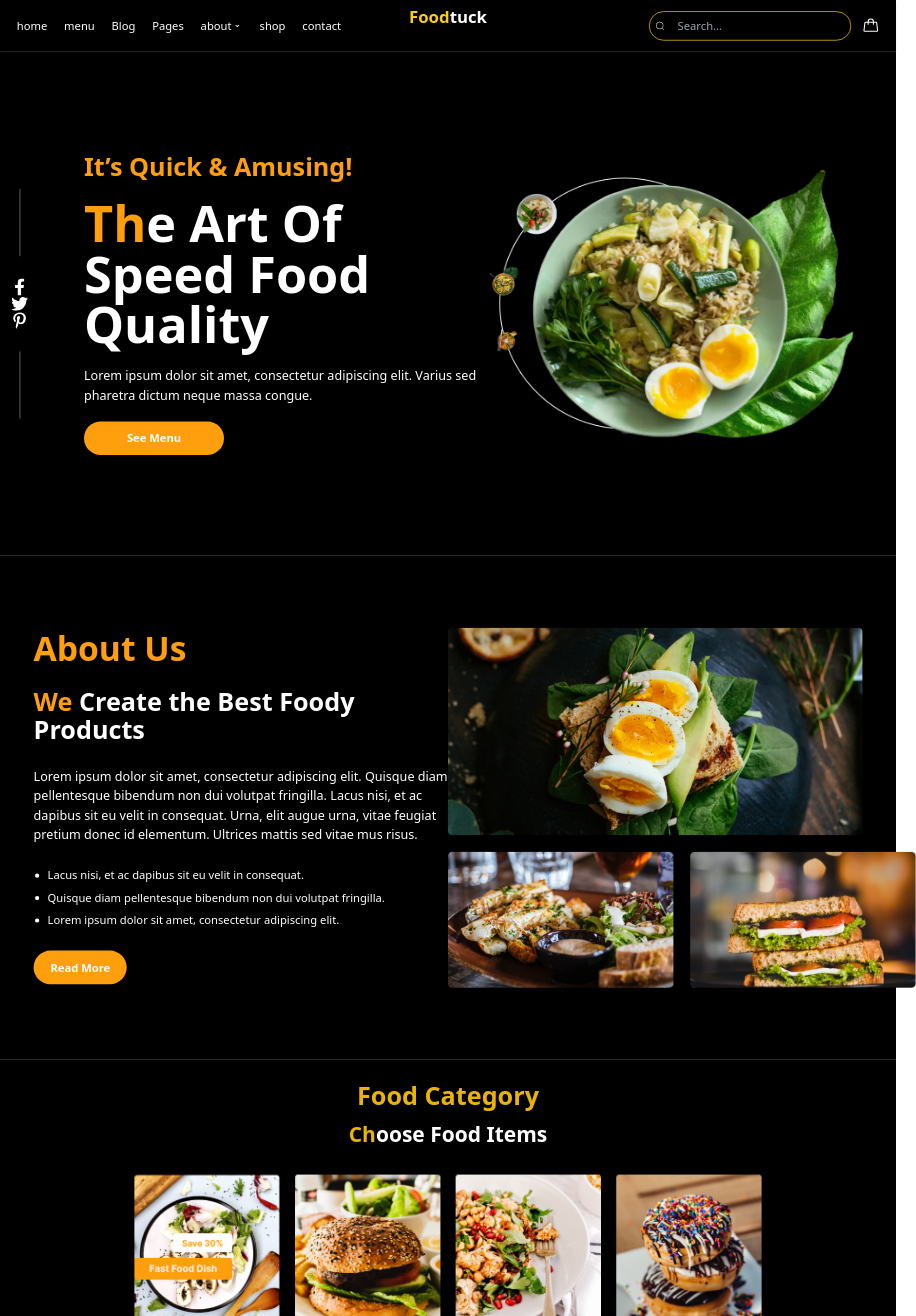
Repository: MahnoorShahzad2007/ASSIGNMENT-5-NODE.JS
Page: / (app in my-app/)
An editor plug-in stored every save of this project. The page is shown before and after the next save, followed by the edit.
The browser window is 1280 px wide. The page is 1308 px wide, so the pictures cover 1308 px, including what lies to the right of the window. The pictures show the part of the page from y = 0 to 1880 px (the page is 5494 px tall), at 70% of full size.
The project was rebuilt for these pictures with package versions that can differ from the ones it lists, and the page was loaded fresh each time. The framework's server and built-in components were replaced by stand-ins that run in the browser. Also part of the build but not shown: my-app/next.config.ts.

Above is the page before, as saved 2025-02-15 20:04:57.

After the next save:
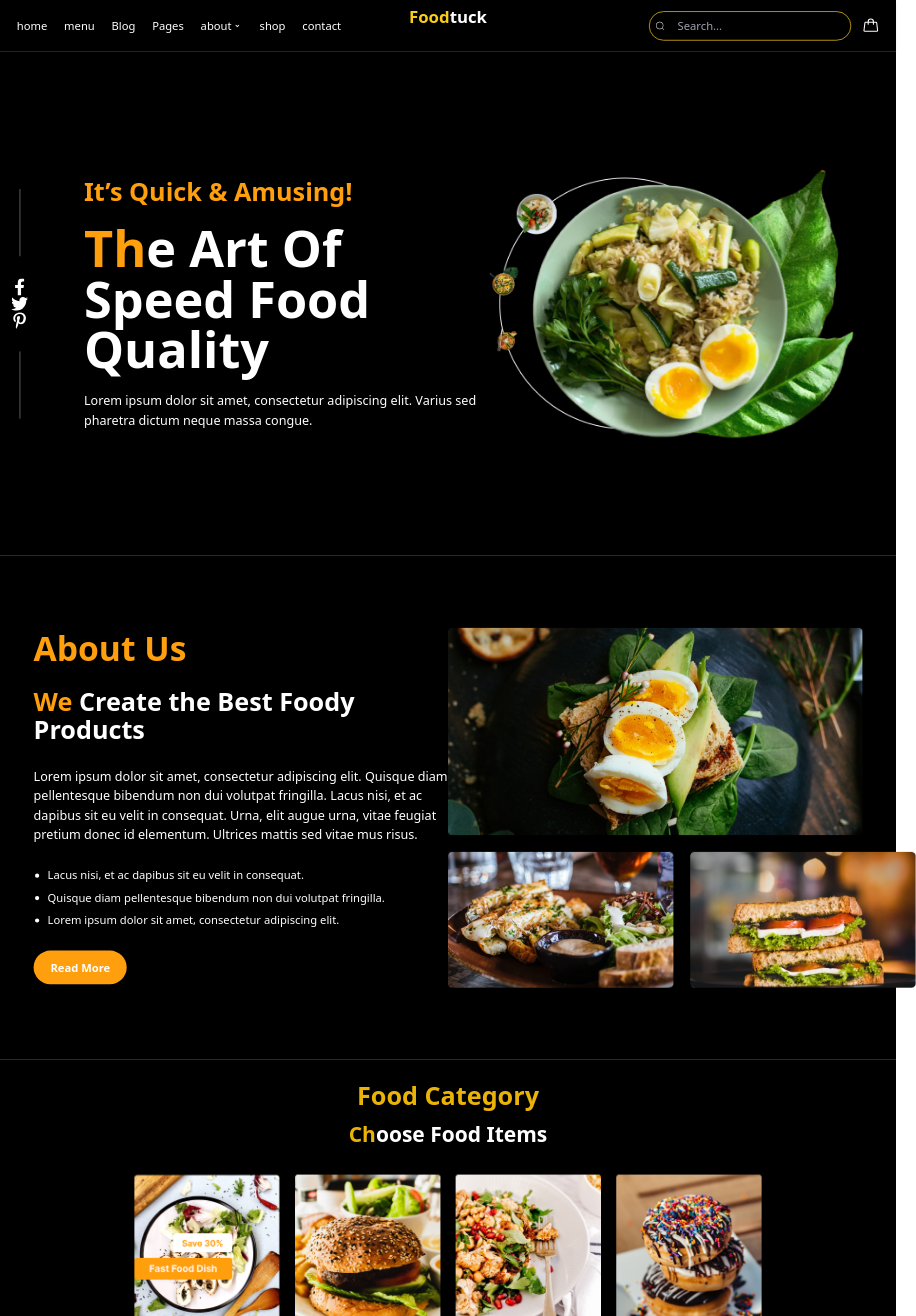
Saved 10 s later.
--- a/my-app/app/components/HeaderHero.tsx
+++ b/my-app/app/components/HeaderHero.tsx
@@ -34,9 +34,7 @@
           Lorem ipsum dolor sit amet, consectetur adipiscing elit. Varius sed
           pharetra dictum neque massa congue.
         </p>
-        <button className="mt-4 px-6 py-3 bg-[#FF9F0D] text-white rounded-full font-semibold hover:bg-[#e68e00] transition-all max-w-[200px]">
-  See Menu
-</button>
+
 
 
       </div>

After the save that followed:
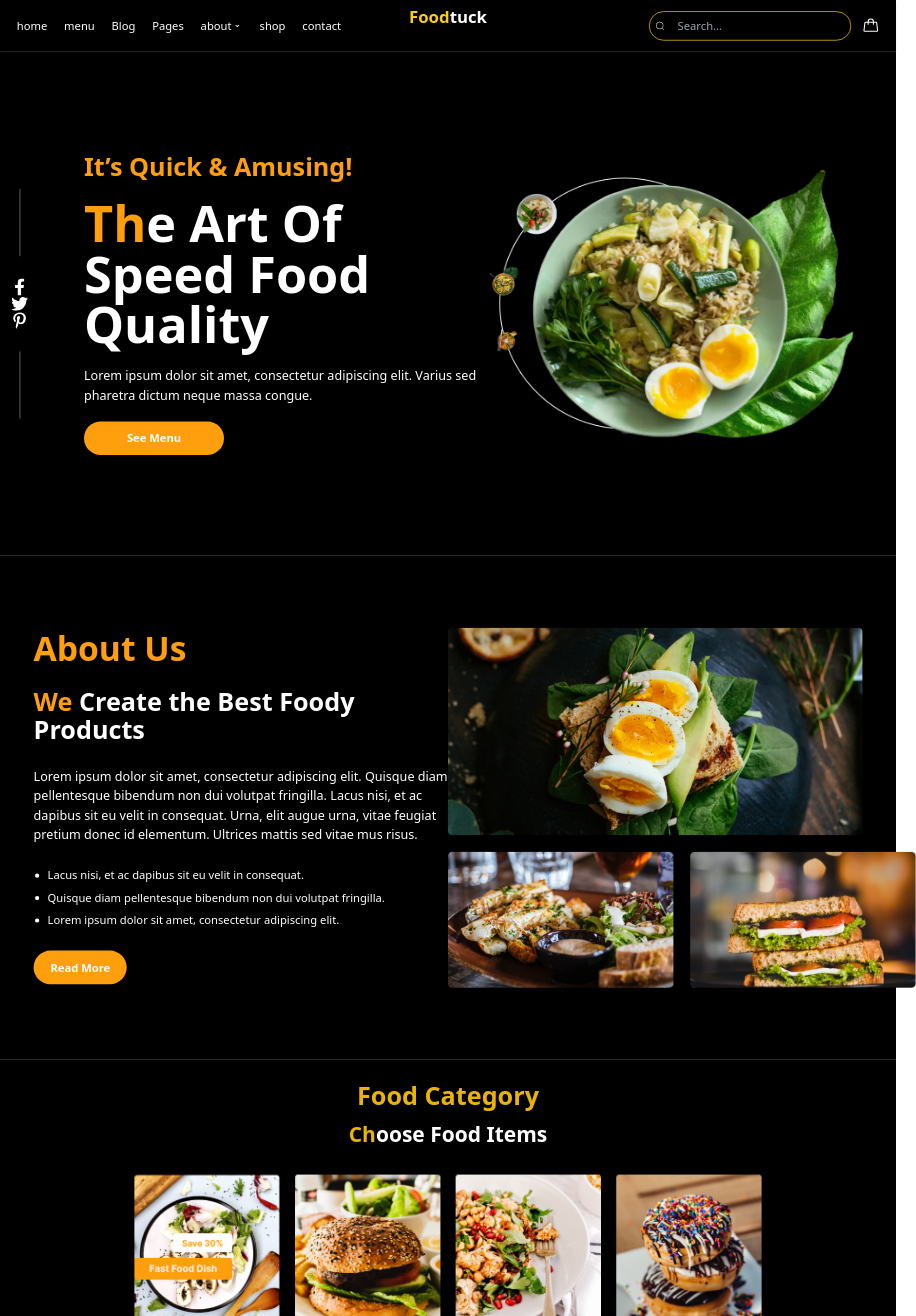
Saved 9 s later.
--- a/my-app/app/components/HeaderHero.tsx
+++ b/my-app/app/components/HeaderHero.tsx
@@ -34,6 +34,17 @@
           Lorem ipsum dolor sit amet, consectetur adipiscing elit. Varius sed
           pharetra dictum neque massa congue.
         </p>
+        <button
+  onClick={() => {
+    const menuSection = document.getElementById("menu");
+    if (menuSection) {
+      menuSection.scrollIntoView({ behavior: "smooth" });
+    }
+  }}
+  className="mt-4 px-6 py-3 bg-[#FF9F0D] text-white rounded-full font-semibold hover:bg-[#e68e00] transition-all max-w-[200px]"
+>
+  See Menu
+</button>
 
 
 
